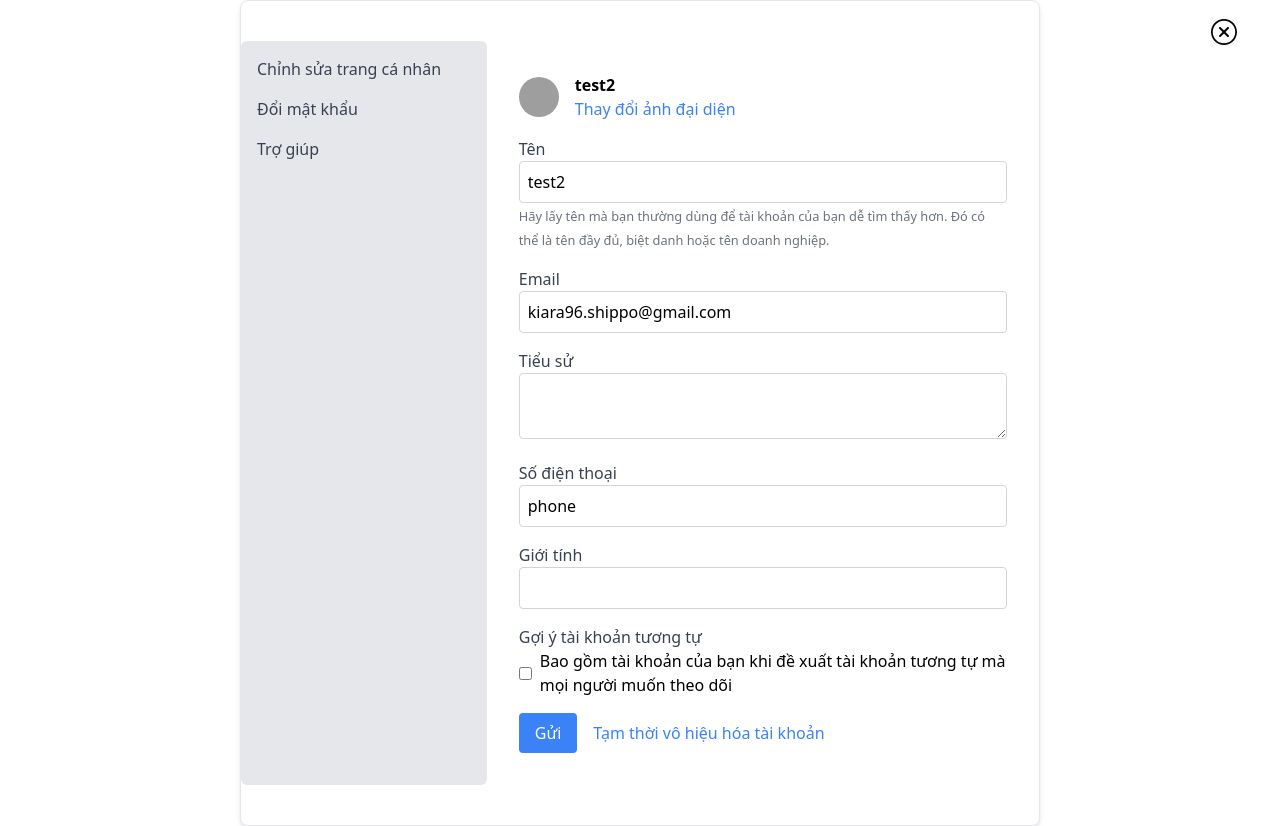
Repository: DangNgocDuong250903/2425_CS445AC_NHOM1
Page: /update_user (app in social_fe/)
An editor plug-in stored every save of this project. The page is shown before and after the next save, followed by the edit.
The browser window is 1280 px wide. The pictures show the whole page.
Pictures or frames that could not be fetched are drawn as grey boxes. The project was rebuilt for these pictures with package versions that can differ from the ones it lists, and the page was loaded fresh each time. Also part of the build but not shown: social_fe/vite.config.js, social_fe/src/components/Button/index.jsx, social_fe/src/assets/index.js, social_fe/src/components/FriendCard/index.jsx, social_fe/src/components/Loading/index.jsx, social_fe/src/components/PostCard/index.jsx, social_fe/src/components/ProfileCard/index.jsx, social_fe/src/components/TextInput/index.jsx and 8 more.

Above is the page before, as saved 2024-11-05 11:03:52.

### social_fe/index.html
<!DOCTYPE html>
<html lang="en">
  <head>
    <meta charset="UTF-8" />
    <link rel="icon" type="image/svg+xml" href="/public/logo.svg" />
    <meta name="viewport" content="width=device-width, initial-scale=1.0" />
    <title>LinkVerse</title>
  </head>
  <body>
    <div id="root"></div>
    <script type="module" src="/src/main.jsx"></script>
  </body>
</html>

### social_fe/src/main.jsx
import { StrictMode } from "react";
import { createRoot } from "react-dom/client";
import App from "./App.jsx";
import "./index.css";
import { store } from "./redux/store.js";
import { Provider } from "react-redux";
import { BrowserRouter } from "react-router-dom";

createRoot(document.getElementById("root")).render(
  <StrictMode>
    <Provider store={store}>
      <BrowserRouter>
        <App />
      </BrowserRouter>
    </Provider>
  </StrictMode>,
);

### social_fe/src/App.jsx
import { Outlet, Navigate, Route, Routes, useLocation } from "react-router-dom";
import {
  Home,
  Profile,
  Register,
  Login,
  ResetPassword,
  NotFound,
} from "./pages";
import { useSelector } from "react-redux";
import UpdateUser from "./pages/ProfilePage/updateUser";

const Layout = () => {
  const { user } = useSelector((state) => state.user);
  const location = useLocation();

  return user?.token ? (
    <Outlet />
  ) : (
    <Navigate to="/login" state={{ from: location }} replace />
  );
};

function App() {
  const { theme } = useSelector((state) => state.theme);

  return (
    <div data-theme={theme} className="w-full min-h-[100vh]">
      <Routes>
        <Route element={<Layout />}>
          <Route path="/" element={<Home />} />
          <Route path="/profile" element={<Profile />} />
          <Route path="/update_user" element={<UpdateUser />} />


        </Route>

        <Route path="/register" element={<Register />} />
        <Route path="/login" element={<Login />} />
        <Route path="/reset-password" element={<ResetPassword />} />
        <Route path="*" element={<NotFound />} />
      </Routes>
    </div >
  );
}

export default App;

### social_fe/src/index.css
@tailwind base;
@tailwind components;
@tailwind utilities;

::-webkit-scrollbar {
    display: none;
     -ms-overflow-style: none;  /* IE and Edge */
    scrollbar-width: none;
  }

  .topbar{
  position: sticky;
  top: 0px;
  z-index: 49;
  }


  .dots-container {
    display: flex;
    align-items: center;
    justify-content: center;
    height: 100%;
    width: 100%;
    margin-bottom: 5px;
  }

  .dot {
    height: 12px;
    width: 12px;
    margin-right: 10px;
    border-radius: 10px;
    background-color: #fff;
    animation: pulse 1.5s infinite ease-in-out;
  }

  .dot:last-child {
    margin-right: 0;
  }

  .dot:nth-child(1) {
    animation-delay: -0.3s;
  }

  .dot:nth-child(2) {
    animation-delay: -0.1s;
  }

  .dot:nth-child(3) {
    animation-delay: 0.1s;
  }

  @keyframes pulse {
    0% {
      transform: scale(0.8);
      background-color: #b3d4fc;
      box-shadow: 0 0 0 0 rgba(178, 212, 252, 0.7);
    }

    50% {
      transform: scale(1.2);
      background-color: #4b79e4;
      box-shadow: 0 0 0 10px rgba(178, 212, 252, 0);
    }

    100% {
      transform: scale(0.8);
      background-color: #2584f8;
      box-shadow: 0 0 0 0 rgba(178, 212, 252, 0.7);
    }
  }

  @layer base {
    :root {
      --color-bg: 227 227 227;
      --color-primary: 255 255 255;
      --color-secondary:255 255 255;
      --color-ascent1: 0 0 0;
      --color-ascent2: 89 91 100;
      --color-blue: 6 90 216;
      --color-white: 255 255 255;

    }
    /* //15 23 42  21 30 49*/
    [data-theme="dark"] {
       --color-bg: 12 12 12;
       --color-primary: 31 31 31;
      --color-secondary: 47 45 48;
      --color-ascent1: 255 255 255;
      --color-ascent2: 164 161 162;
      --color-blue: 6 90 216;
      /* //16 176 255; */
      --color-white: 255 255 255;
    }
  }

### social_fe/src/redux/store.js
import { configureStore } from "@reduxjs/toolkit";

import { rootReducer } from "./reducer";

const store = configureStore({
  reducer: rootReducer,
});

const { dispatch } = store;

export { store, dispatch };

### social_fe/src/pages/index.js
import Home from "./HomePage";
import Login from "./LoginPage";
import NotFound from "./NotFoundPage";
import Profile from "./ProfilePage";
import Register from "./RegisterPage";
import ResetPassword from "./ResetPasswordPage";

export { Home, Login, NotFound, Profile, Register, ResetPassword };

### social_fe/src/pages/ProfilePage/updateUser.jsx
import React, { useState } from 'react';
import { Link, useNavigate } from 'react-router-dom';
import { IoIosCloseCircleOutline } from "react-icons/io";

const UpdateUser = () => {
    const [selectedLink, setSelectedLink] = useState(null);
    const navigate = useNavigate()
    const handleLinkClick = (linkIndex) => {
        setSelectedLink(linkIndex);
    };
    return (
        <div className="flex w-[800px] mx-auto pt-10 pb-10 border border-gray-200 shadow-md rounded-lg ">
            <IoIosCloseCircleOutline onClick={() => navigate("/")} className="absolute w-8 h-8 cursor-pointer top-4 right-10 hover:text-red-400 " />
            <div className="w-1/3 p-4 bg-gray-200 rounded-md">
                <ul className="flex flex-col">

                    <Link
                        href="#"
                        onClick={() => handleLinkClick(1)}
                        className={`mb-4 font-medium ${selectedLink === 1 ? 'text-blue-500' : 'text-gray-700'}`}
                    >
                        Chỉnh sửa trang cá nhân
                    </Link>


                    <Link
                        href="#"
                        onClick={() => handleLinkClick(2)}
                        className={`mb-4 font-medium ${selectedLink === 2 ? 'text-blue-500' : 'text-gray-700'}`}
                    >
                        Đổi mật khẩu
                    </Link>


                    <Link
                        href="#"
                        onClick={() => handleLinkClick(3)}
                        className={`mb-4 font-medium ${selectedLink === 3 ? 'text-blue-500' : 'text-gray-700'}`}
                    >
                        Trợ giúp
                    </Link>
                </ul>
            </div>
            <div className="w-3/4 p-8">
                <div className="flex items-center mb-4">
                    <img src="https://mighty.tools/mockmind-api/content/human/5.jpg" alt="User avatar" className="w-10 h-10 mr-4 rounded-full" />
                    <div>
                        <div className="font-bold">test2</div>
                        <a href="#" className="text-blue-500">Thay đổi ảnh đại diện</a>
                    </div>
                </div>
                <form>
                    <div className="mb-4">
                        <label className="block text-gray-700">Tên</label>
                        <input type="text" value="test2" className="w-full p-2 border border-gray-300 rounded" />
                        <small className="text-gray-500">Hãy lấy tên mà bạn thường dùng để tài khoản của bạn dễ tìm thấy hơn. Đó có thể là tên đầy đủ, biệt danh hoặc tên doanh nghiệp.</small>
                    </div>
                    <div className="mb-4">
                        <label className="block text-gray-700">Email</label>
                        <input type="email" value="kiara96.shippo@gmail.com" className="w-full p-2 border border-gray-300 rounded" />
                    </div>
                    <div className="mb-4">
                        <label className="block text-gray-700">Tiểu sử</label>
                        <textarea className="w-full p-2 border border-gray-300 rounded"></textarea>
                    </div>
                    <div className="mb-4">
                        <label className="block text-gray-700">Số điện thoại</label>
                        <input type="text" value="phone" className="w-full p-2 border border-gray-300 rounded" />
                    </div>
                    <div className="mb-4">
                        <label className="block text-gray-700">Giới tính</label>
                        <input type="text" className="w-full p-2 border border-gray-300 rounded" />
                    </div>
                    <div className="mb-4">
                        <label className="block text-gray-700">Gợi ý tài khoản tương tự</label>
                        <div className="flex items-center">
                            <input type="checkbox" className="mr-2" />
                            <span>Bao gồm tài khoản của bạn khi đề xuất tài khoản tương tự mà mọi người muốn theo dõi</span>
                        </div>
                    </div>
                    <div className="flex items-center">
                        <button type="submit" className="px-4 py-2 mr-4 text-white bg-blue-500 rounded">Gửi</button>
                        <button type="button" className="text-blue-500">Tạm thời vô hiệu hóa tài khoản</button>
                    </div>
                </form>
            </div>
        </div>
    );
};

export default UpdateUser;

### social_fe/src/redux/reducer.js
import { combineReducers } from "@reduxjs/toolkit";

import postSlice from "./Slices/postSlice";
import themeSlice from "./Slices/theme";
import userSlice from "./Slices/userSlice";

const rootReducer = combineReducers({
  user: userSlice,
  theme: themeSlice,
  posts: postSlice,
});

export { rootReducer };

### social_fe/src/redux/Slices/postSlice.js
import { createSlice } from "@reduxjs/toolkit";

const initialState = {
  posts: {},
};

const postSlice = createSlice({
  name: "post",
  initialState,
  reducers: {
    getPosts(state, action) {
      state.posts = action.payload;
    },
  },
});

export default postSlice.reducer;

export function SetPosts(post) {
  return (dispatch) => {
    dispatch(postSlice.actions.getPosts(post));
  };
}

### social_fe/src/redux/Slices/theme.js
import { createSlice } from "@reduxjs/toolkit";

const initialState = {
  theme: JSON.parse(window?.localStorage.getItem("theme")) ?? "dark",
};

const themeSlice = createSlice({
  name: "theme",
  initialState,
  reducers: {
    setTheme(state, action) {
      state.theme = action.payload;
      localStorage.setItem("theme", JSON.stringify(action.payload));
    },
  },
});

export default themeSlice.reducer;

export function SetTheme(value) {
  return (dispatch) => {
    dispatch(themeSlice.actions.setTheme(value));
  };
}

### social_fe/src/redux/Slices/userSlice.js
import { createSlice } from "@reduxjs/toolkit";

import { user } from "../../assets/data";

const initialState = {
  user: JSON.parse(window?.localStorage.getItem("user")) ?? user,
  edit: false,
};

const userSlice = createSlice({
  name: "user",
  initialState,
  reducers: {
    login(state, action) {
      state.user = action.payload;
      localStorage.setItem("user", JSON.stringify(action.payload));
    },
    logout(state) {
      state.user = null;
      localStorage?.removeItem("user");
    },
    updateProfile(state, action) {
      state.edit = action.payload;
    },
  },
});
export default userSlice.reducer;

export function UserLogin(user) {
  return (dispatch) => {
    dispatch(userSlice.actions.login(user));
  };
}

export function Logout() {
  return (dispatch) => {
    dispatch(userSlice.actions.logout());
  };
}

export function UpdateProfile(val) {
  return (dispatch) => {
    dispatch(userSlice.actions.updateProfile(val));
  };
}

### social_fe/tailwind.config.js
/** @type {import('tailwindcss').Config} */
export default {
  content: [
    "./index.html",
    "./src/**/*.{js,ts,jsx,tsx}",
  ],
  theme: {
    extend: {
      colors: {
        bgColor: "rgb(var(--color-bg) / <alpha-value>)",
        primary: "rgb(var(--color-primary) / <alpha-value>)",
        secondary: "rgb(var(--color-secondary) / <alpha-value>)",
        customBlue: "rgb(var(--color-blue) / <alpha-value>)",
        white: "rgb(var(--color-white) / <alpha-value>)",
        ascent: {
          1: "rgb(var(--color-ascent1) / <alpha-value>)",
          2: "rgb(var(--color-ascent2) / <alpha-value>)",
        },
      },
      screens: {
        sm: "640px",

        md: "768px",

        lg: "1024px",

        xl: "1280px",

        "2xl": "1536px",
      },
      extend: {
      },
    },
    plugins: [],
  }
}

Loaded but not shown: social_fe/src/assets/data.js (508 lines, source omitted)

After the next save:
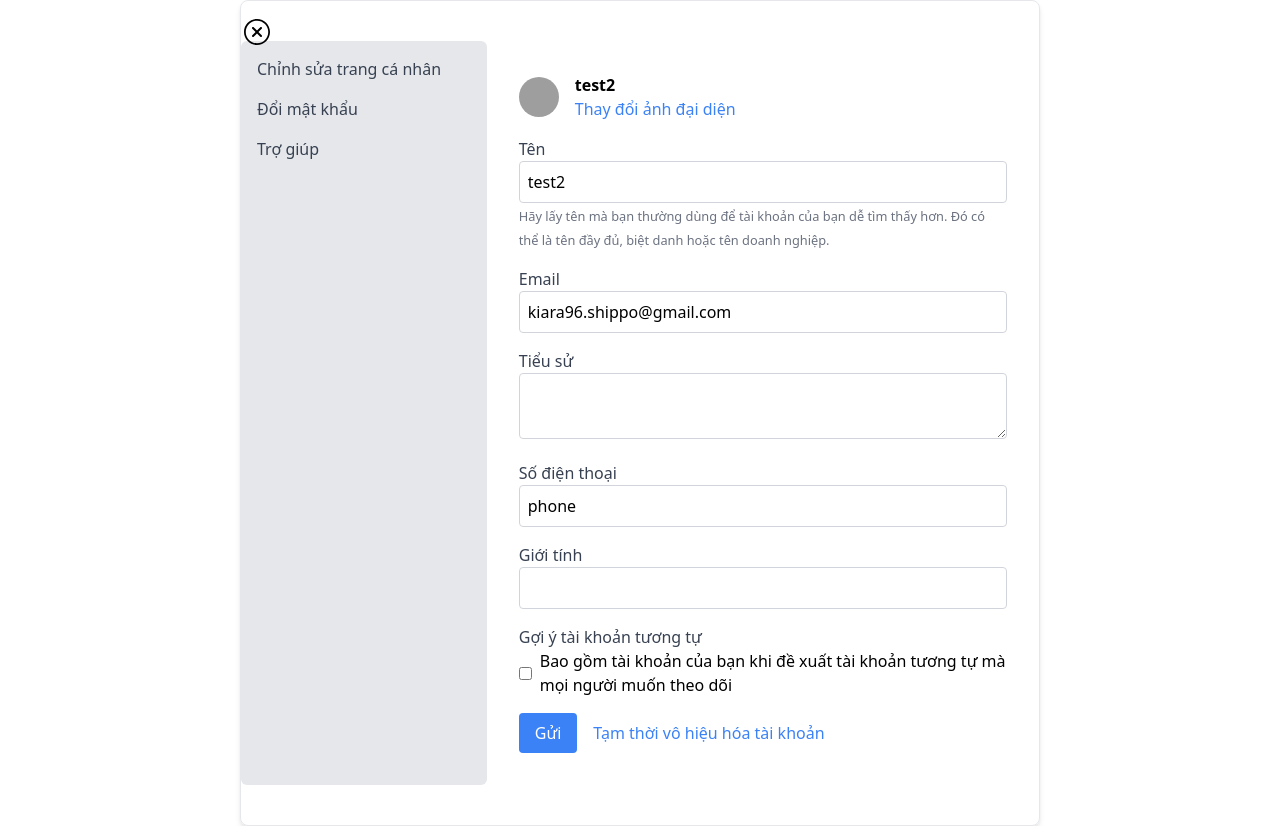
Saved 4 s later.
--- a/social_fe/src/pages/ProfilePage/updateUser.jsx
+++ b/social_fe/src/pages/ProfilePage/updateUser.jsx
@@ -10,7 +10,7 @@ const UpdateUser = () => {
     };
     return (
         <div className="flex w-[800px] mx-auto pt-10 pb-10 border border-gray-200 shadow-md rounded-lg ">
-            <IoIosCloseCircleOutline onClick={() => navigate("/")} className="absolute w-8 h-8 cursor-pointer top-4 right-10 hover:text-red-400 " />
+            <IoIosCloseCircleOutline onClick={() => navigate("/")} className="absolute w-8 h-8 cursor-pointer top-4 right- hover:text-red-400 " />
             <div className="w-1/3 p-4 bg-gray-200 rounded-md">
                 <ul className="flex flex-col">
 
